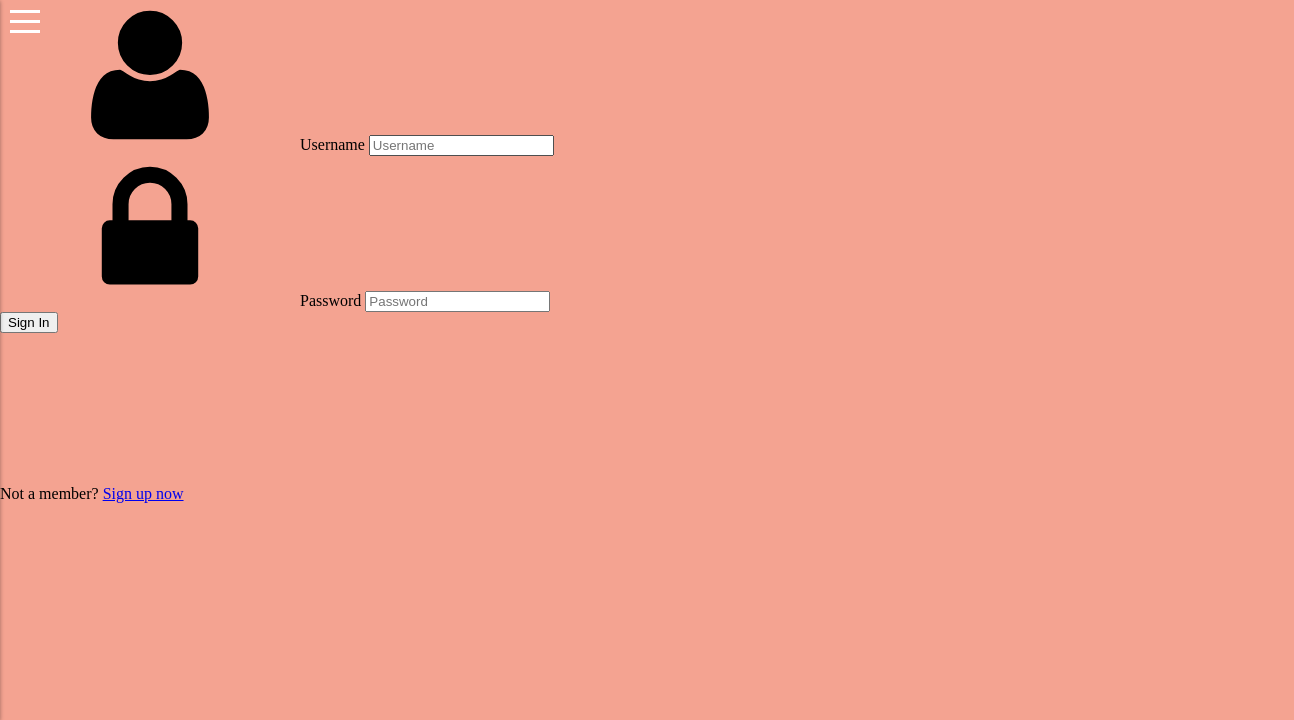
Repository: se-yoo/ChangeSeat
Page: http://localhost/ChangeSeat/signUp.jsp
An editor plug-in stored every save of this project. The page is shown before and after the next save, followed by the edit.
The browser window is 1280 px wide. The page is 1280 px wide, then 1294 px, so the pictures cover 1294 px, including what lies to the right of the window. The pictures show the whole page.
Some web fonts or font styles are not loaded; a fallback is used. Some web libraries are served in a nearby version. The page is served by Tomcat 9.

Above is the page before, as saved 2018-06-25 09:27:58.

### ChangeSeat/WebContent/signUp.jsp
<%@ page language="java" contentType="text/html; charset=UTF-8"
    pageEncoding="UTF-8"%>
<jsp:forward page="templateTest.jsp">
	<jsp:param name="CONTENTPAGE" value="loginProc.jsp"/>
</jsp:forward>

### ChangeSeat/WebContent/templateTest.jsp
<%@ page language="java" contentType="text/html; charset=UTF-8"
    pageEncoding="UTF-8"%>
<!DOCTYPE html>
<html>
<head>
<meta charset="UTF-8">
<title>자리바꾸기</title>
<meta name="viewport" content="width=device-width, initial-scale=1">
 <title>Side Menu</title>
 <link rel="stylesheet" href="templateStyle.css">
 <link href='https://fonts.googleapis.com/css?family=Pacifico' rel='stylesheet' type='text/css'>
 <script src="//ajax.googleapis.com/ajax/libs/jquery/1.6.1/jquery.min.js" type="text/javascript"></script>
 <script>
$(document).ready(function(){
  /*
  $(".first").mouseover(function(){
    $(".second").css("background-color", '#6b81d5');
    $(".first").css("background-color", '#D56B81');

  });
  $(".second").mouseover(function(){
    $(".second").css("background-color", '#8a6bd5');
    $(".first").css("background-color", '#6bd5bf');

  });
  */
  $(".wrap").click(function(){
    $(".top").toggleClass("addedtop");
    $(".mid").toggleClass("addedmid");
    $(".bot").toggleClass("addedbot");
$(".side").toggleClass("triggered");
    $(".sidebtn").toggleClass("sideopacity");


  });

}); //final
</script>
</head>
<body>
<%
	String contentpage=request.getParameter("CONTENTPAGE");
%>
  <div class="wrap">
<span class="line top"></span>
  <span class="line mid"></span>
  <span class="line bot"></span>
  </div>
  <div class="side">
    <a href="main.jsp" class="sidebtn">홈</a>
    <a href="#" class="sidebtn">자리바꾸기</a>
    <a href="#" class="sidebtn">조편성</a>
    <a href="#" class="sidebtn">정보관리</a>
  </div>
  <jsp:include page="<%= contentpage %>"></jsp:include>
</body>
</html>

### ChangeSeat/WebContent/loginProc.jsp
<%@ page language="java" contentType="text/html; charset=UTF-8"
	pageEncoding="UTF-8"%>
<!DOCTYPE html>
<html>
<head>
<meta content="text/html; charset=UTF-8">
<title></title>
</head>
<body>
	<form action="https://httpbin.org/post" method="POST"
		class="form login">

		<div class="form__field">
			<label for="login__username"><svg class="icon">
					<use xmlns:xlink="http://www.w3.org/1999/xlink" xlink:href="#user"></use></svg><span
				class="hidden">Username</span></label> <input id="login__username"
				type="text" name="username" class="form__input"
				placeholder="Username" required>
		</div>

		<div class="form__field">
			<label for="login__password"><svg class="icon">
					<use xmlns:xlink="http://www.w3.org/1999/xlink" xlink:href="#lock"></use></svg><span
				class="hidden">Password</span></label> <input id="login__password"
				type="password" name="password" class="form__input"
				placeholder="Password" required>
		</div>

		<div class="form__field">
			<input type="submit" value="Sign In">
		</div>

	</form>

	<p class="text--center">
		Not a member? <a href="#">Sign up now</a>
		<svg class="icon">
			<use xmlns:xlink="http://www.w3.org/1999/xlink"
				xlink:href="assets/images/icons.svg#arrow-right"></use></svg>
	</p>

	  <svg xmlns="http://www.w3.org/2000/svg" class="icons"><symbol id="arrow-right" viewBox="0 0 1792 1792">
	  <path d="M1600 960q0 54-37 91l-651 651q-39 37-91 37-51 0-90-37l-75-75q-38-38-38-91t38-91l293-293H245q-52 0-84.5-37.5T128 1024V896q0-53 32.5-90.5T245 768h704L656 474q-38-36-38-90t38-90l75-75q38-38 90-38 53 0 91 38l651 651q37 35 37 90z"/>
	  </symbol><symbol id="lock" viewBox="0 0 1792 1792">
	  <path d="M640 768h512V576q0-106-75-181t-181-75-181 75-75 181v192zm832 96v576q0 40-28 68t-68 28H416q-40 0-68-28t-28-68V864q0-40 28-68t68-28h32V576q0-184 132-316t316-132 316 132 132 316v192h32q40 0 68 28t28 68z"/>
	  </symbol><symbol id="user" viewBox="0 0 1792 1792"><path d="M1600 1405q0 120-73 189.5t-194 69.5H459q-121 0-194-69.5T192 1405q0-53 3.5-103.5t14-109T236 1084t43-97.5 62-81 85.5-53.5T538 832q9 0 42 21.5t74.5 48 108 48T896 971t133.5-21.5 108-48 74.5-48 42-21.5q61 0 111.5 20t85.5 53.5 62 81 43 97.5 26.5 108.5 14 109 3.5 103.5zm-320-893q0 159-112.5 271.5T896 896 624.5 783.5 512 512t112.5-271.5T896 128t271.5 112.5T1280 512z"/></symbol></svg>

</body>
</html>

### ChangeSeat/WebContent/templateStyle.css
@CHARSET "UTF-8";
@font-face{
	font-family:yangFont;
	src:url('yangfont05.ttf') format('truetype');
}
@font-face{
	font-family:Nanum;
	src:url('NanumBarunGothicLight.ttf') format('truetype');
}
body {
  background-color:#f4a391;
  margin: 0;
  padding: 0;
  font-family:Nanum;
}
html,body {
 height:100%;
}
.line {
 display: block;
  height:3px;
  width:30px;
  background-color:white;
  margin-top:5px;
  position: absolute;
  top:0;

  transition: all .4s ease-in-out;
}
.wrap {
 height:80px;
  position: relative;
  top:5px;
  left:10px;
  width: 30px;
  z-index: +150;
  cursor: pointer;
  height:30px;
  position: fixed;
}

.mid {
 top:10px;
}
.bot {
top:20px;
}

.addedmid {
  transform: rotate(135deg);
}
.addedtop {
  transform: rotate(45deg);
  top:10px;
}
.addedbot {
 opacity: 0;
}
.side {
	font-family: yangFont;
	width:20%;
  	position: fixed;
  	height:100%;
  	text-align: center;
  	left:-20%;
  	z-index: 80;
  	box-shadow: 0 1px 4px 0 rgba(0,0,0,0.37);
  	top:0;
  	background-color: #21a770;
  	transition: all .5s ease-in-out;
}
.sidebtn {
 text-decoration: none;
  display: block;
  color:white;
  font-size:35px;
  opacity:0;
  width:50%;
  position: relative;
  left:25%;
  top:25%;
  white-space: nowrap;
  line-height:100px;
  transition:all .25s ease-in-out;

}
.sideopacity  {
 opacity: 1;
  transition: all 1s ease-in-out;
}
.sidebtn:hover {
  text-shadow: 2px 2px rgba(0, 0, 0, 0.38);
}
.triggered {
 left:0;
}
.sidebtn::after {
 content: '';
  position: absolute;
  bottom:0;
  left:50%;
  width:0%;
  height:5px;
  background-color: white;
  transition: all .3s ease-out;
}
.sidebtn:hover::after {
 width: 100%;
  left:0;
  box-shadow: 2px 2px rgba(0, 0, 0, 0.38);
}

### ChangeSeat/WebContent/loginStyle.css
@CHARSET "UTF-8";
@font-face{
	font-family:yangFont;
	src:url('yangfont05.ttf') format('truetype');
}
@font-face{
	font-family:Nanum;
	src:url('NanumBarunGothicLight.ttf') format('truetype');
}
body{
	text-align:center;
	font-size:1.2em;
}
.hidden {
  border: 0;
  clip: rect(0 0 0 0);
  height: 1px;
  margin: -1px;
  overflow: hidden;
  padding: 0;
  position: absolute;
  width: 1px;
}

/* helpers/icon.css */

:root {
  --iconFill: var(--baseColor);
}

.icons {
  display: none;
}

.icon {
  display: inline-block;
  fill: var(--iconFill);
  font-size: 1rem;
  height: 1em;
  vertical-align: middle;
  width: 1em;
}

/* layout/base.css */

:root {
  --htmlFontSize: 100%;

  --bodyBackgroundColor: #2c3338;
  --bodyColor: var(--baseColor);
  --bodyFontFamily: 'Open Sans';
  --bodyFontFamilyFallback: sans-serif;
  --bodyFontSize: 0.875rem;
  --bodyFontWeight: 400;
  --bodyLineHeight: 1.5;
}

* {
  box-sizing: inherit;
}

html {
  box-sizing: border-box;
  font-size: var(--htmlFontSize);
  height: 100%;
}

body {
  background-color: var(--bodyBackgroundColor);
  color: var(--bodyColor);
  font-family: var(--bodyFontFamily), var(--bodyFontFamilyFallback);
  font-size: var(--bodyFontSize);
  font-weight: var(--bodyFontWeight);
  height: 100%;
  line-height: var(--bodyLineHeight);
  margin: 0;
  min-height: 100vh;
}

/* modules/anchor.css */

:root {
  --anchorColor: #eee;
}

a {
  color: var(--anchorColor);
  outline: 0;
  text-decoration: none;
}

a:focus,
a:hover {
  text-decoration: underline;
}

/* modules/form.css */

:root {
  --formFieldMargin: 0.875rem;
}

input {
  background-image: none;
  border: 0;
  color: inherit;
  font: inherit;
  margin: 0;
  outline: 0;
  padding: 0;
  transition: background-color 0.3s;
}

input[type='submit'] {
  cursor: pointer;
}

.form {
  margin: calc(var(--formFieldMargin) * -1);
}

.form input[type='password'],
.form input[type='text'],
.form input[type='submit'] {
  width: 100%;
}

.form__field {
  display: flex;
  margin: var(--formFieldMargin);
}

.form__input {
  flex: 1;
}

/* modules/login.css */

:root {
  --loginBorderRadus: 0.25rem;
  --loginColor: #eee;

  --loginInputBackgroundColor: #3b4148;
  --loginInputHoverBackgroundColor: #434a52;

  --loginLabelBackgroundColor: #363b41;

  --loginSubmitBackgroundColor: #ea4c88;
  --loginSubmitColor: #eee;
  --loginSubmitHoverBackgroundColor: #d44179;
}

.login {
  color: var(--loginColor);
}

.login label,
.login input[type='text'],
.login input[type='password'],
.login input[type='submit'] {
  border-radius: var(--loginBorderRadus);
  padding: 1rem;
}

.login label {
  background-color: var(--loginLabelBackgroundColor);
  border-bottom-right-radius: 0;
  border-top-right-radius: 0;
  padding-left: 1.25rem;
  padding-right: 1.25rem;
}

.login input[type='password'],
.login input[type='text'] {
  background-color: var(--loginInputBackgroundColor);
  border-bottom-left-radius: 0;
  border-top-left-radius: 0;
}

.login input[type='password']:focus,
.login input[type='password']:hover,
.login input[type='text']:focus,
.login input[type='text']:hover {
  background-color: var(--loginInputHoverBackgroundColor);
}

.login input[type='submit'] {
  background-color: var(--loginSubmitBackgroundColor);
  color: var(--loginSubmitColor);
  font-weight: 700;
  text-transform: uppercase;
}

.login input[type='submit']:focus,
.login input[type='submit']:hover {
  background-color: var(--loginSubmitHoverBackgroundColor);
}

/* modules/text.css */

:root {
  --paragraphMarginBottom: 1.5rem;
  --paragraphMarginTop: 1.5rem;
}

p {
  margin-bottom: var(--paragraphMarginBottom);
  margin-top: var(--paragraphMarginTop);
}

.text--center {
  text-align: center;
}

After the next save:
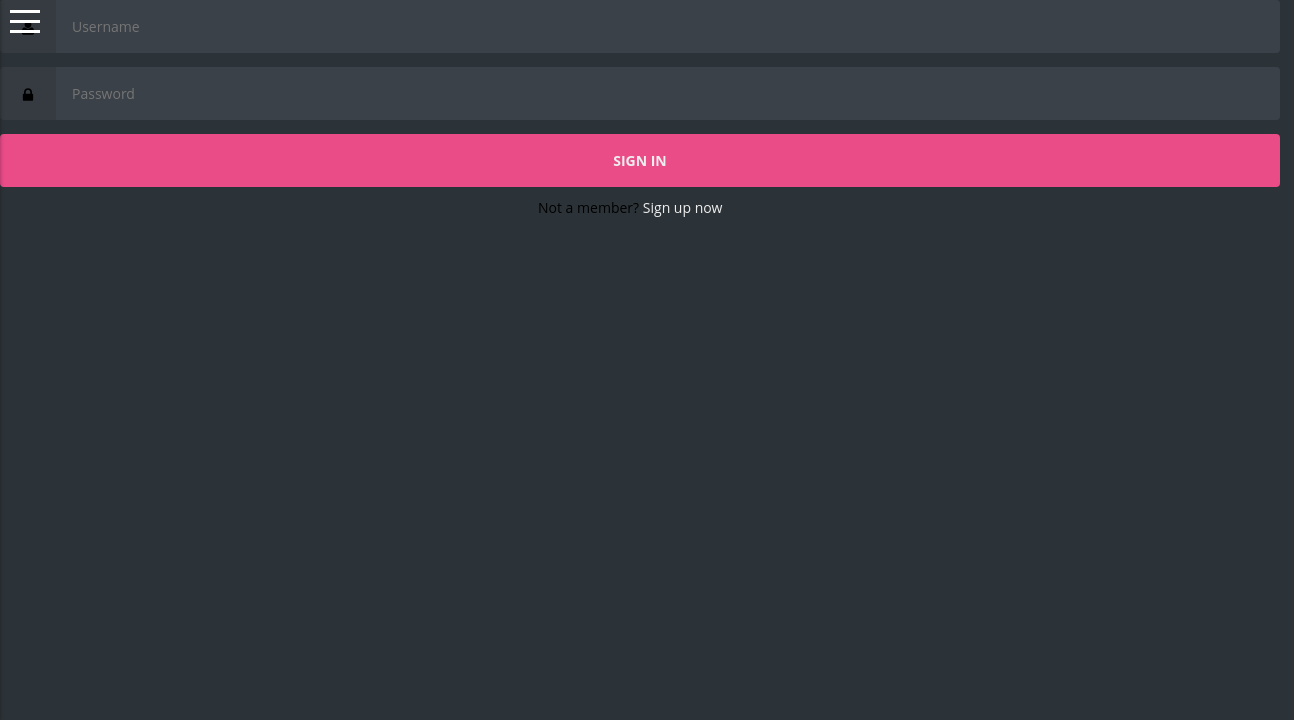
Saved 16 s later.
--- a/ChangeSeat/WebContent/loginProc.jsp
+++ b/ChangeSeat/WebContent/loginProc.jsp
@@ -5,6 +5,7 @@
 <head>
 <meta content="text/html; charset=UTF-8">
 <title></title>
+ <link rel="stylesheet" href="loginStyle.css">
 </head>
 <body>
 	<form action="https://httpbin.org/post" method="POST"
